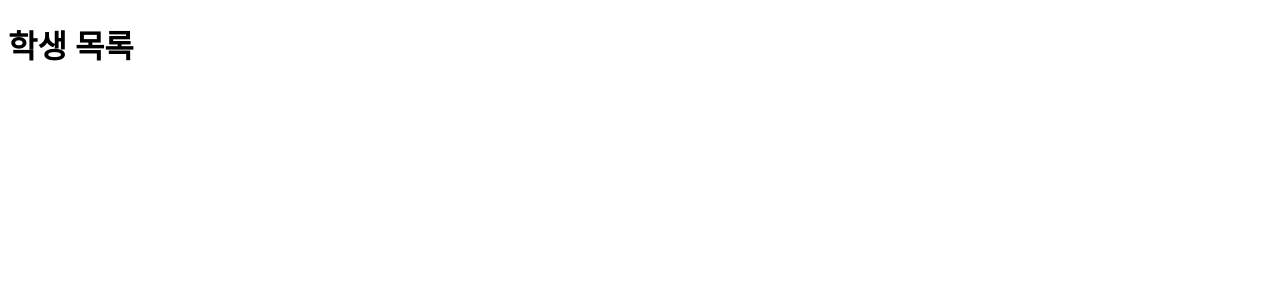
Repository: gwangso/web
Page: http://localhost/ex01/stu/list
An editor plug-in stored every save of this project. The page is shown before and after the next save, followed by the edit.
The browser window is 1280 px wide. The pictures show the whole page.
The page is served by Tomcat 9. Other server files are loaded and not shown.

Above is the page before, as saved 2023-07-24 05:26:14.

### ex01/src/main/webapp/stu/list.jsp
<%@ page language="java" contentType="text/html; charset=UTF-8"
    pageEncoding="UTF-8"%>
<!DOCTYPE html>
<html>
<head>
<meta charset="UTF-8">
<title>학생 목록</title>
</head>
<body>
	<h1>학생 목록</h1>
</body>
</html>

### ex01/src/main/java/controller/StudentController.java
package controller;

import java.io.IOException;

import javax.servlet.RequestDispatcher;
import javax.servlet.ServletException;
import javax.servlet.annotation.WebServlet;
import javax.servlet.http.HttpServlet;
import javax.servlet.http.HttpServletRequest;
import javax.servlet.http.HttpServletResponse;


@WebServlet(value = {"/stu/list", "/stu/insert"})
public class StudentController extends HttpServlet {
	private static final long serialVersionUID = 1L;

    public StudentController() {
        super();
    }

	protected void doGet(HttpServletRequest request, HttpServletResponse response) throws ServletException, IOException {
		RequestDispatcher dis = null;
		switch (request.getServletPath()) {
		case "/stu/list":
			dis= request.getRequestDispatcher("list.jsp");
			break;
		case "/stu/insert":
			dis = request.getRequestDispatcher("insert.jsp");
			break;
		}
		dis.forward(request, response);
	}

	protected void doPost(HttpServletRequest request, HttpServletResponse response) throws ServletException, IOException {
	}

}

### ex01/src/main/webapp/home.jsp
<%@ page language="java" contentType="text/html; charset=UTF-8"
    pageEncoding="UTF-8"%>
<!DOCTYPE html>
<html>
	<head>
		<meta charset="UTF-8">
		<title>홈페이지</title>
		<style>
			a {
				margin:10px;
			}
		</style>
	</head>
<body>
	<div>
		<a href="/">회사소개</a>
		<a href="/pro/list">상품목록</a>
		<a href="/stu/list">학생목록</a>
		<a href="/pro/insert">상품등록</a>
		<a href="/stu/insert">학생등록</a>
	</div>
	<hr>
	<jsp:include page="${pageName}"/> <!--  -->
</body>


</html>

After the next save:
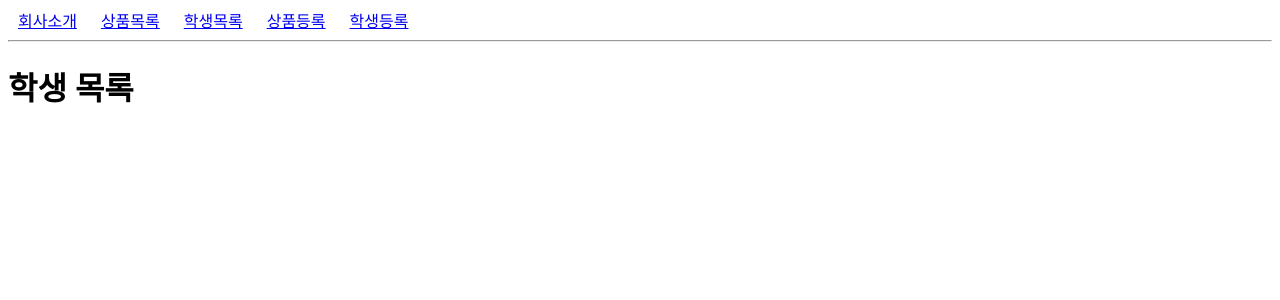
Saved 96 s later.
--- a/ex01/src/main/java/controller/StudentController.java
+++ b/ex01/src/main/java/controller/StudentController.java
@@ -19,15 +19,15 @@ public class StudentController extends HttpServlet {
     }
 
 	protected void doGet(HttpServletRequest request, HttpServletResponse response) throws ServletException, IOException {
-		RequestDispatcher dis = null;
 		switch (request.getServletPath()) {
 		case "/stu/list":
-			dis= request.getRequestDispatcher("list.jsp");
+			request.setAttribute("pageName", "/stu/list.jsp");
 			break;
 		case "/stu/insert":
-			dis = request.getRequestDispatcher("insert.jsp");
+			request.setAttribute("pageName", "/stu.insert.jsp");
 			break;
 		}
+		RequestDispatcher dis = request.getRequestDispatcher("/home.jsp");
 		dis.forward(request, response);
 	}
 
